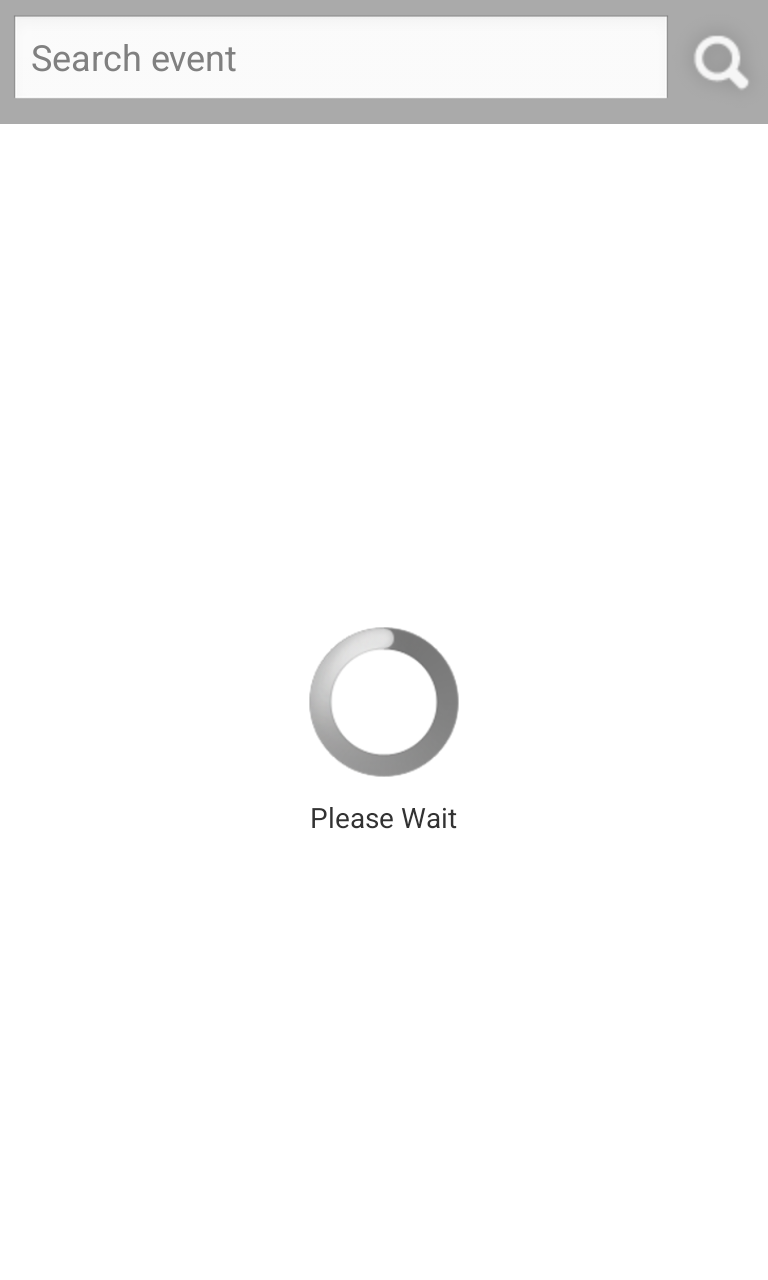
Repository: galihandy/chessboard
Layout: ArsenalIndonesia/res/layout/multiview.xml
An editor plug-in stored every save of this project. The layout is shown before and after the next save, followed by the edit.
It is drawn on a 768 x 1280 px phone screen (xhdpi) without system bars, with theme android:Theme.Light.NoTitleBar; the app's code is not run. Lists and similar views that code fills are empty.

Above is the layout before, as saved 2013-02-16 04:34:32.

After the next save:
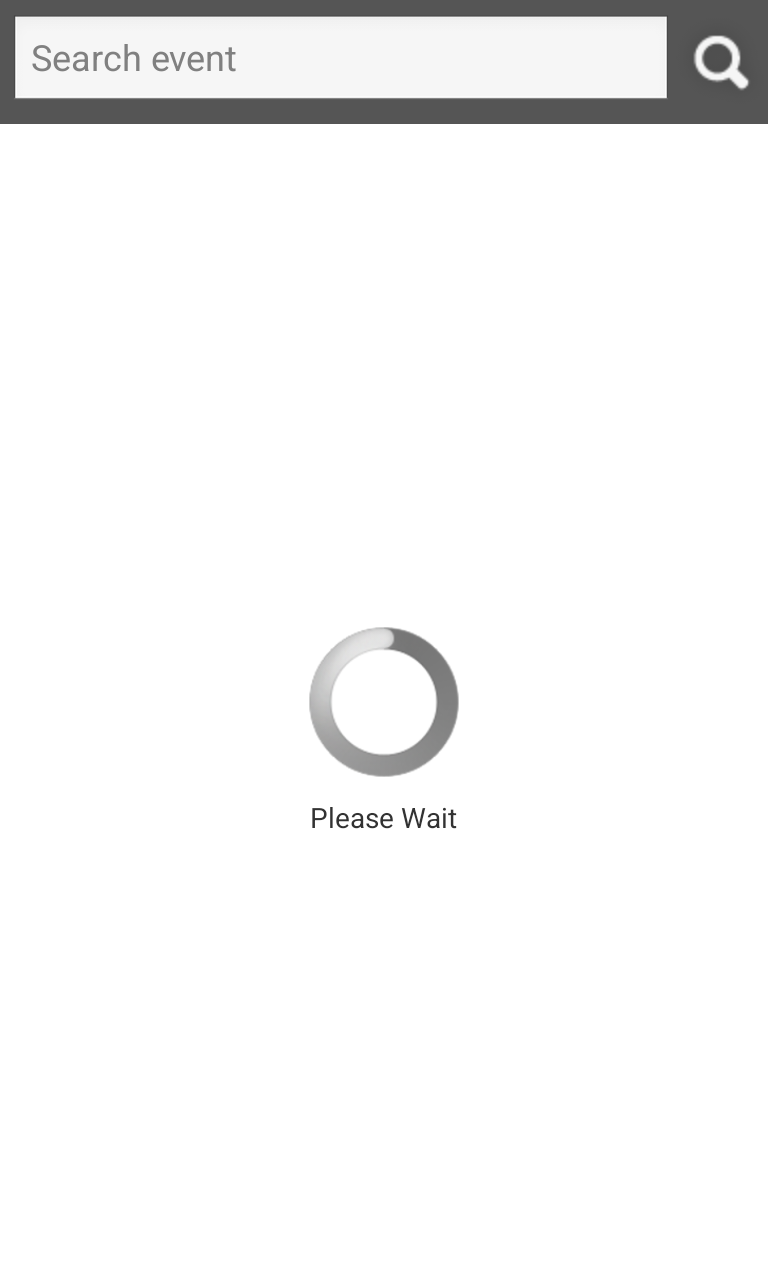
Saved 2 min 43 s later.
--- a/ArsenalIndonesia/res/layout/multiview.xml
+++ b/ArsenalIndonesia/res/layout/multiview.xml
@@ -9,7 +9,7 @@
         android:id="@+id/search_layout"
         android:layout_width="match_parent"
         android:layout_height="wrap_content"
-        android:background="@android:color/darker_gray" >
+        android:background="@drawable/grey" >
 
         <ImageView
             android:id="@+id/search_img"

After the save that followed:
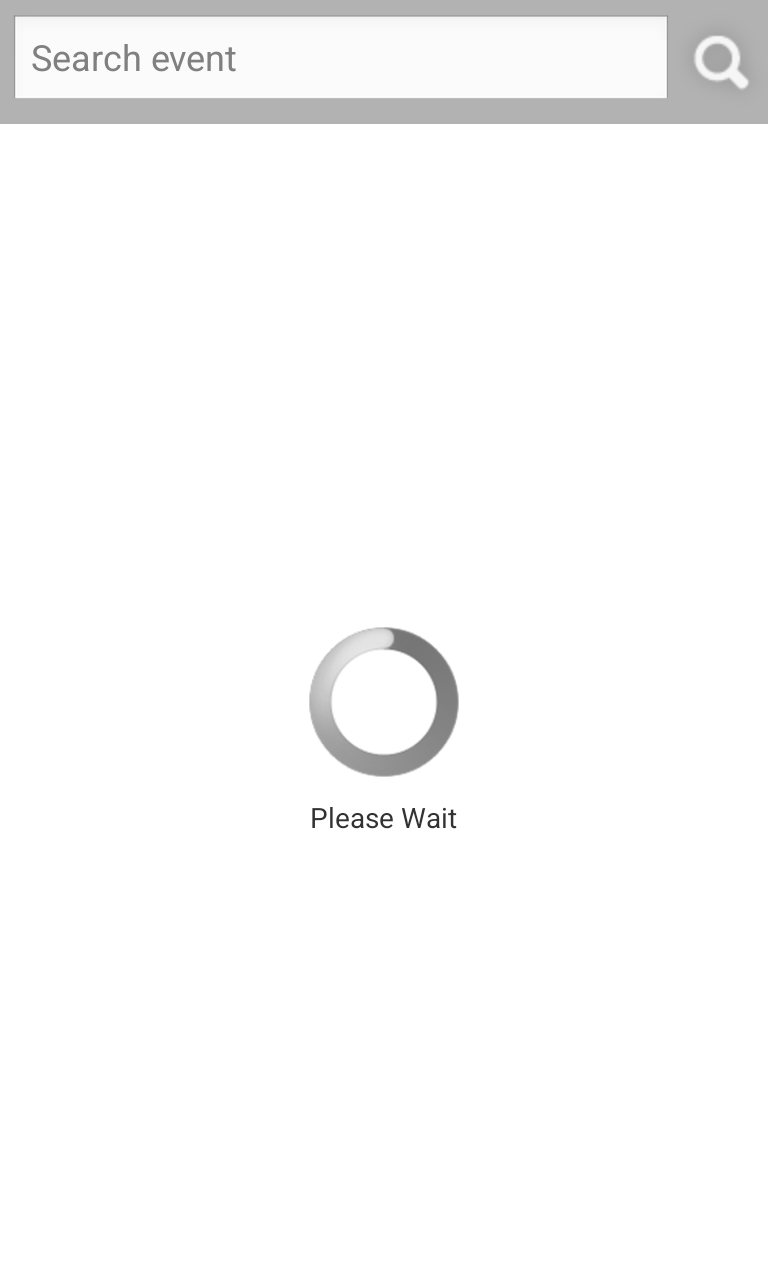
Saved 10 s later.
--- a/ArsenalIndonesia/res/values/color.xml
+++ b/ArsenalIndonesia/res/values/color.xml
@@ -5,7 +5,7 @@
     <drawable name="white">#ffffff</drawable>
     <drawable name="black">#000000</drawable>
     <drawable name="red">#be1622</drawable>
-    <drawable name="grey">#555555</drawable>
+    <drawable name="grey">#b2b2b2</drawable>
     <drawable name="dark_red">#960000</drawable>
     <drawable name="list_elm_bg_clr">#f6f6f6</drawable>
     <drawable name="def_bg_clr">#f6f6f6</drawable>
